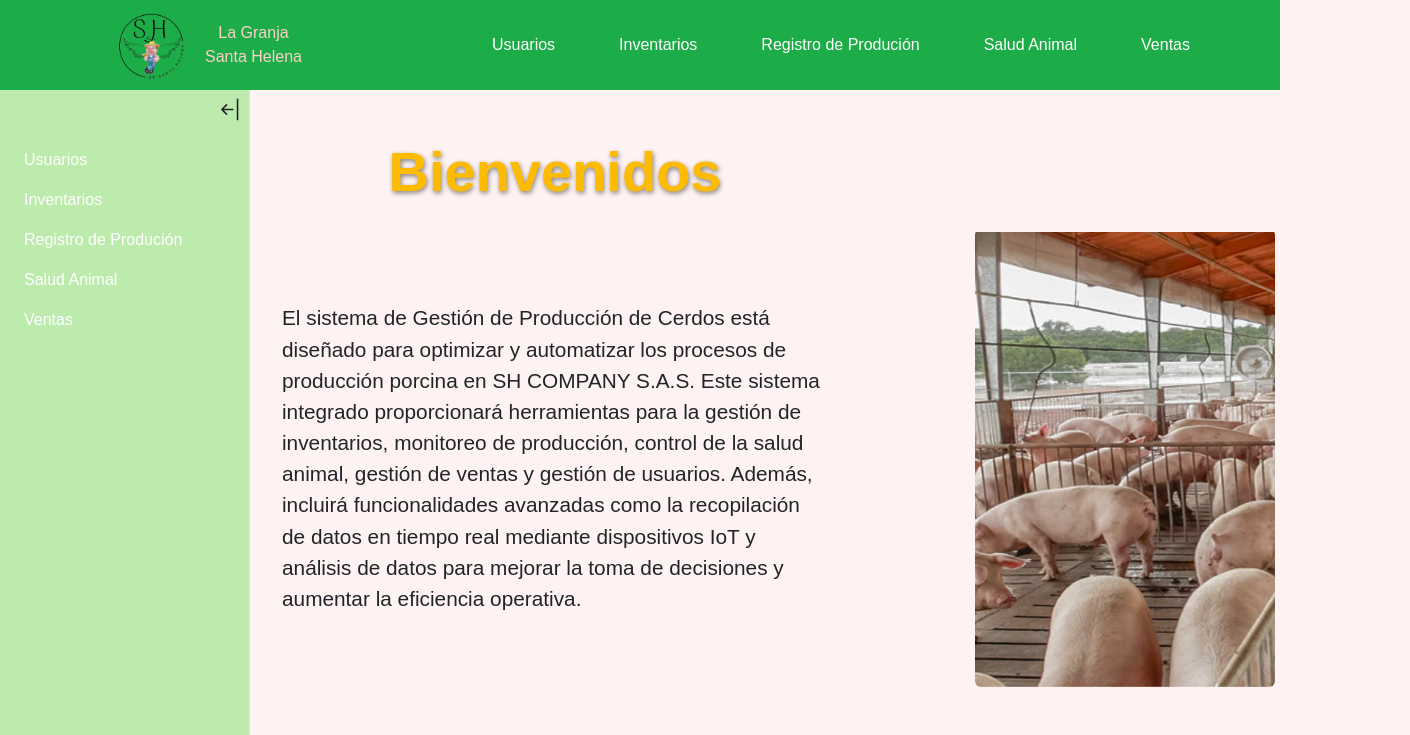
Repository: Mateojimenezz/Granja-Santa-Helena
Page: paginaDeInicio.html
An editor plug-in stored every save of this project. The page is shown before and after a run of saves, followed by the edit.
The browser window is 1280 px wide. The page is 1410 px wide, then 1280 px, then 1410 px, so the pictures cover 1410 px, including what lies to the right of the window. The pictures show the whole page.
After loading, the first visible `#toggleMenu` was clicked once.
Some web fonts or font styles are not loaded; a fallback is used.

Above is the page before, as saved 2025-03-31 16:57:36.

After the next 2 saves:
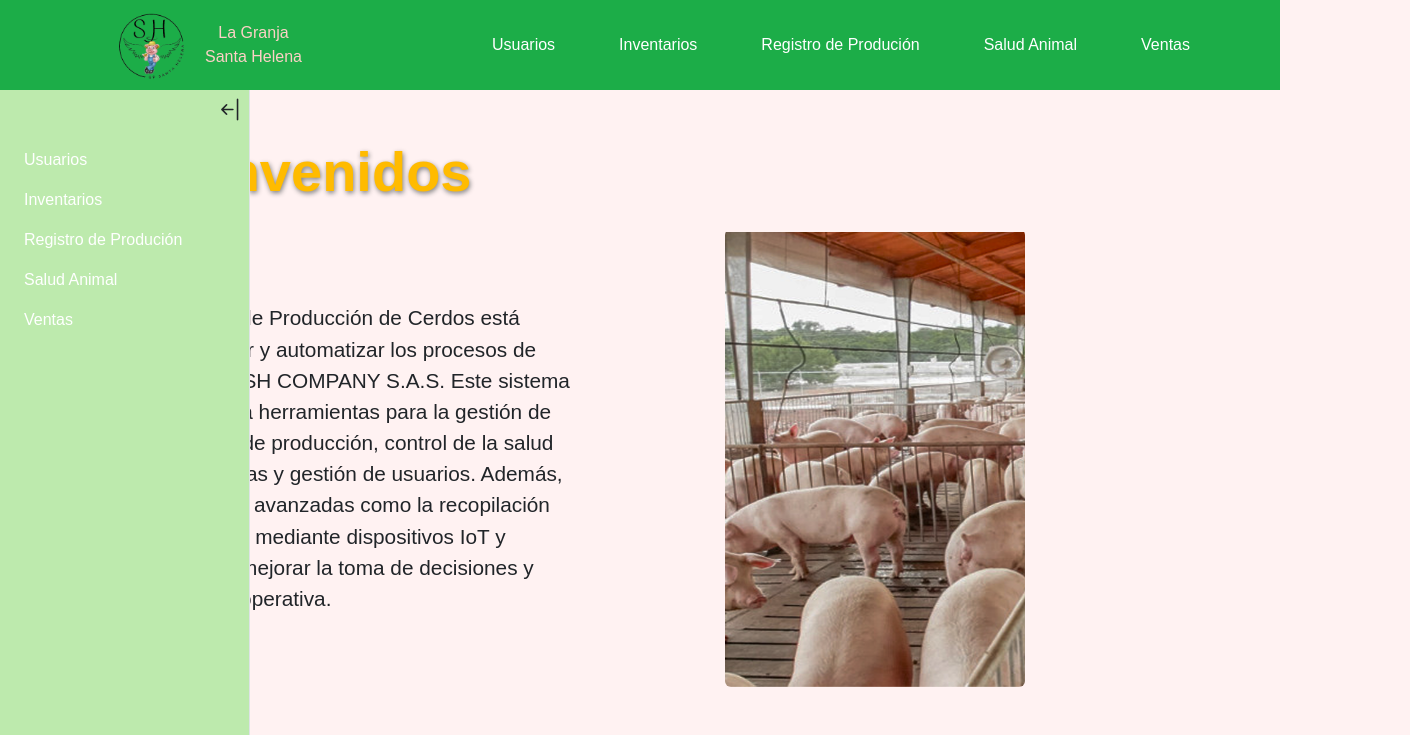
The 2 saves are shown as one change because they came seconds apart.
The last was saved 2 min 48 s later.
--- a/assets/js/menuLateral.js
+++ b/assets/js/menuLateral.js
@@ -15,7 +15,7 @@
     toggleMenu.addEventListener("click", function () {
       if (sidebar.style.display === "none" || sidebar.style.display === "") {
         sidebar.style.display = "block"; // Muestra el menú lateral
-        mainContent.style.marginLeft = "270px"; // Desplaza el contenido hacia la derecha
+        mainContent.style.marginLeft = "20px"; // Desplaza el contenido hacia la derecha
       } else {
         sidebar.style.display = "none"; // Oculta el menú lateral
         mainContent.style.marginLeft = "220px"; // Restaura el contenido al margen original
@@ -37,7 +37,7 @@
           mainContent.style.marginLeft = "20px"; // Restaura el contenido al margen original
         } else {
           sidebar.style.display = "block"; // Despliega el menú lateral
-          mainContent.style.marginLeft = "20px"; // Desplaza el contenido principal
+          mainContent.style.marginLeft = "270px"; // Desplaza el contenido principal
         }
       });
     });

After the save that followed:
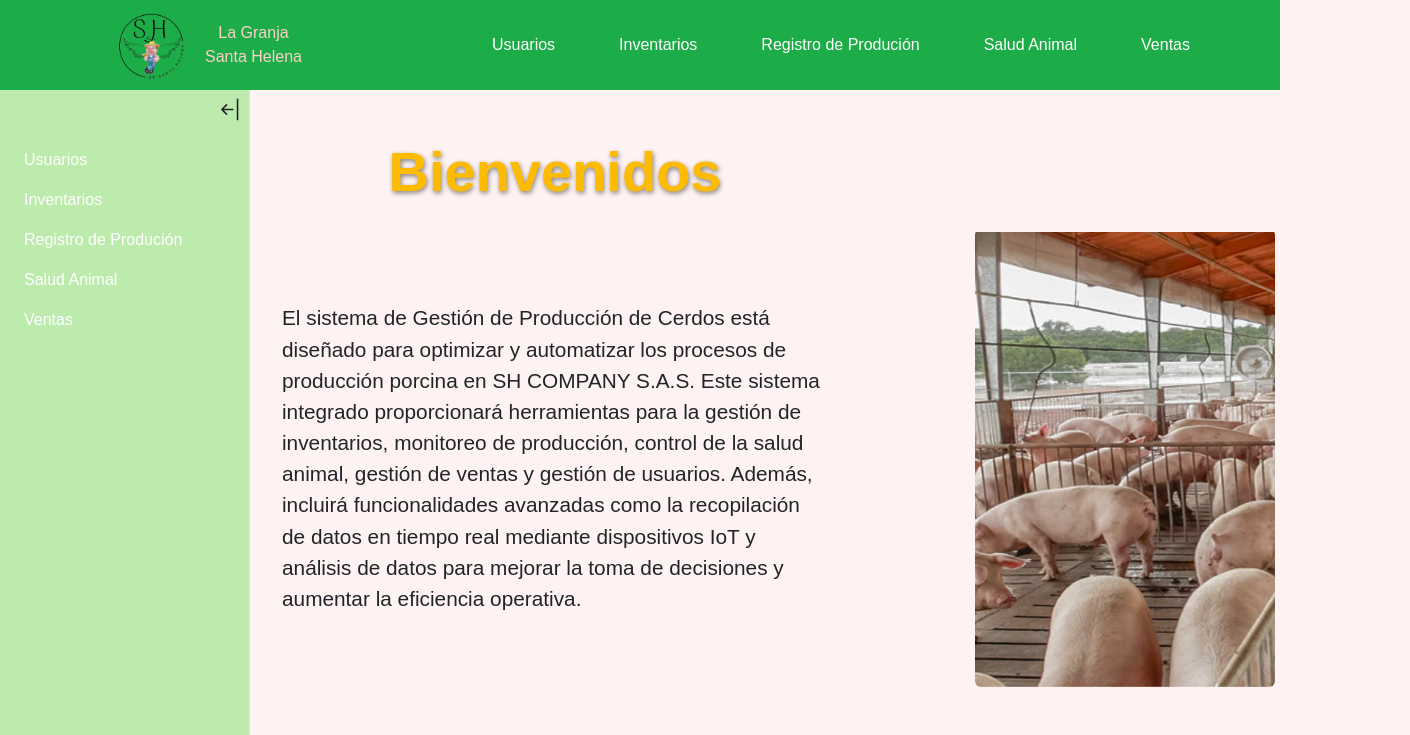
Saved 68 s later.
--- a/assets/js/menuLateral.js
+++ b/assets/js/menuLateral.js
@@ -15,7 +15,7 @@
     toggleMenu.addEventListener("click", function () {
       if (sidebar.style.display === "none" || sidebar.style.display === "") {
         sidebar.style.display = "block"; // Muestra el menú lateral
-        mainContent.style.marginLeft = "20px"; // Desplaza el contenido hacia la derecha
+        mainContent.style.marginLeft = "270px"; // Desplaza el contenido hacia la derecha
       } else {
         sidebar.style.display = "none"; // Oculta el menú lateral
         mainContent.style.marginLeft = "220px"; // Restaura el contenido al margen original
